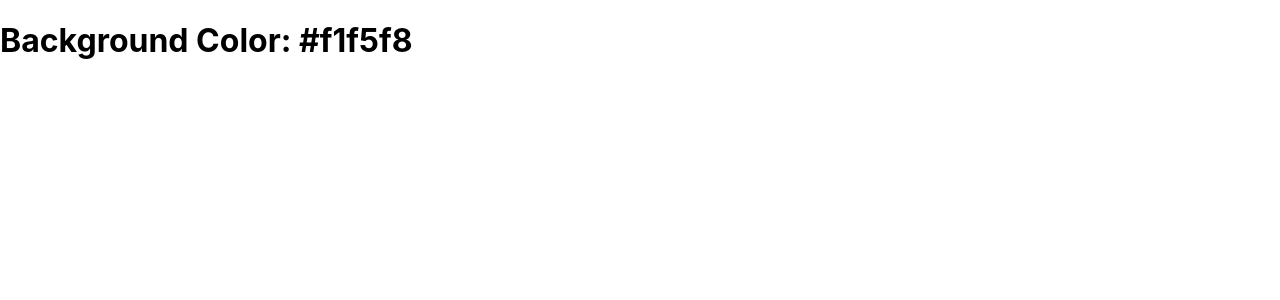
Repository: VidHongqiWu/react-projects
Page: / (app in color-flipper/)
An editor plug-in stored every save of this project. The page is shown before and after the next save, followed by the edit.
The browser window is 1280 px wide. The pictures show the whole page.
The project was rebuilt for these pictures with package versions that can differ from the ones it lists, and the page was loaded fresh each time.

Above is the page before, as saved 2023-11-18 18:54:41.

After the next save:
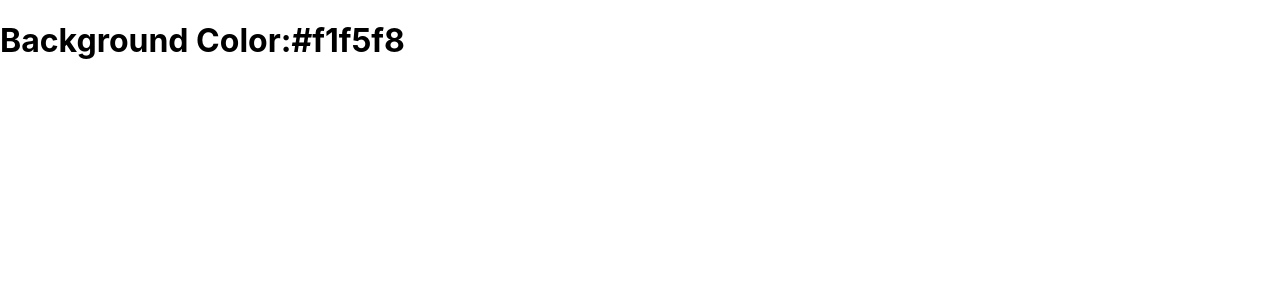
Saved 19 s later.
--- a/color-flipper/src/App.js
+++ b/color-flipper/src/App.js
@@ -8,7 +8,7 @@ function App() {
   return (
     <main>
       <div>
-        <h1>Background Color: {' '}
+        <h1>Background Color:
           <span className="color" data-testid="color">
             {color}
           </span>
